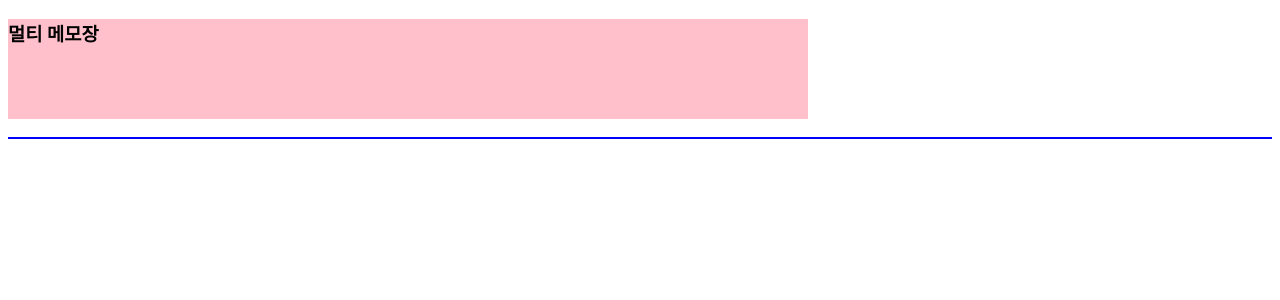
Repository: JayMon0327/Multicampus
Page: http://localhost/SpringMongoDB/mongo_memo.jsp
The author's editor kept a copy of each file at every save. The page is drawn from the files as they stood at one save, then again after the next save.
The browser window is 1280 px wide. The pictures show the whole page.
The page is served by Tomcat 9. Nobody is signed in. The application's start-up code is not run.

Above is the page before, as saved 2022-12-15 00:37:21.

After the next save:
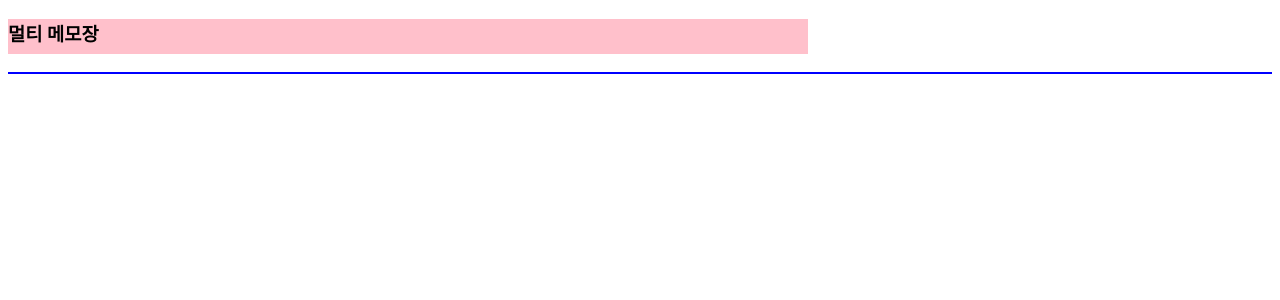
Saved 23 s later.
--- a/SpringMongoDB/src/main/webapp/mongo_memo.jsp
+++ b/SpringMongoDB/src/main/webapp/mongo_memo.jsp
@@ -8,7 +8,7 @@
 <style type="text/css">
 	h3{
 		width: 800px;
-		height: 100px;
+		height: 35px;
 		background: pink;
 	}
 </style>
